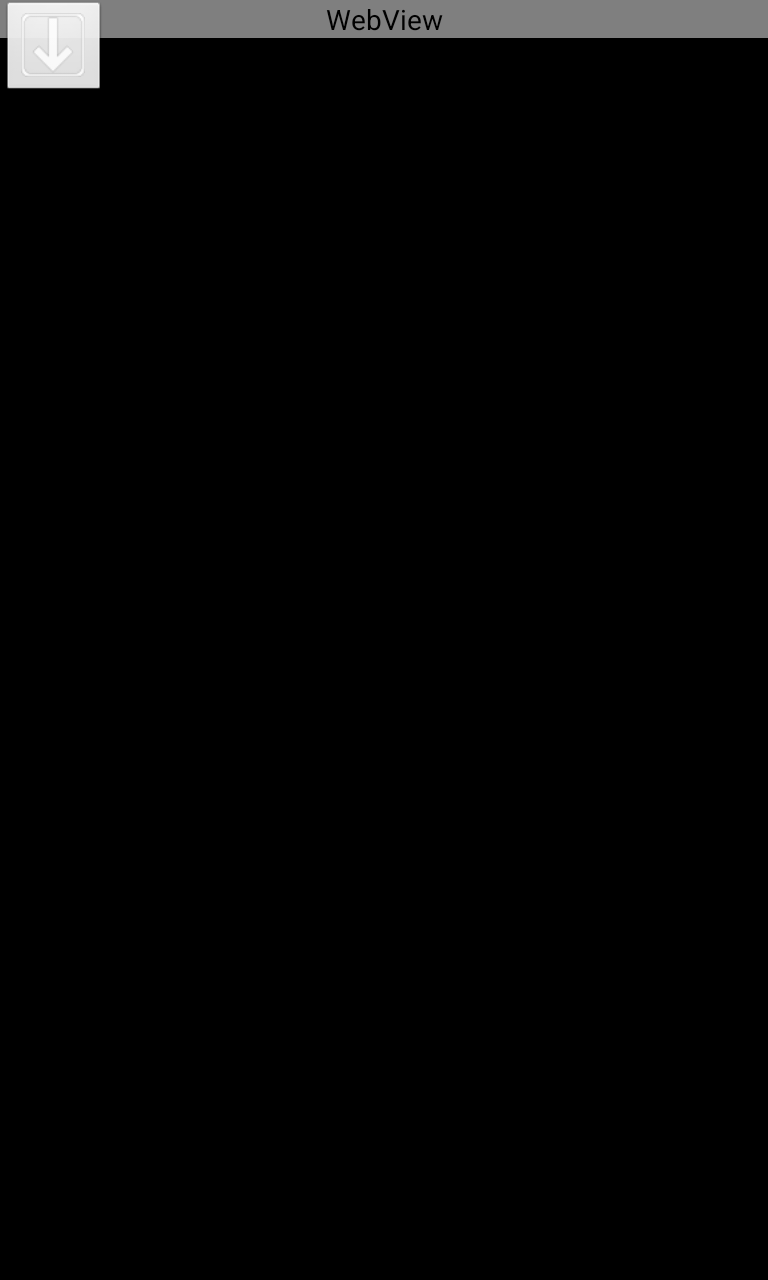
Repository: sstopkin/my-car-pc
Layout: RobotRules/res/layout/viewlay.xml
These files come from the project's save history. The layout is drawn as it stood at one moment and after the next save; the edit follows.
Pictures or frames that could not be fetched are drawn as grey boxes. It is drawn on a 768 x 1280 px phone screen (xhdpi) without system bars, with theme android:Theme.NoTitleBar.Fullscreen; the app's code is not run.

Above is the layout before, as saved 2012-02-18 10:58:30.

After the next save:
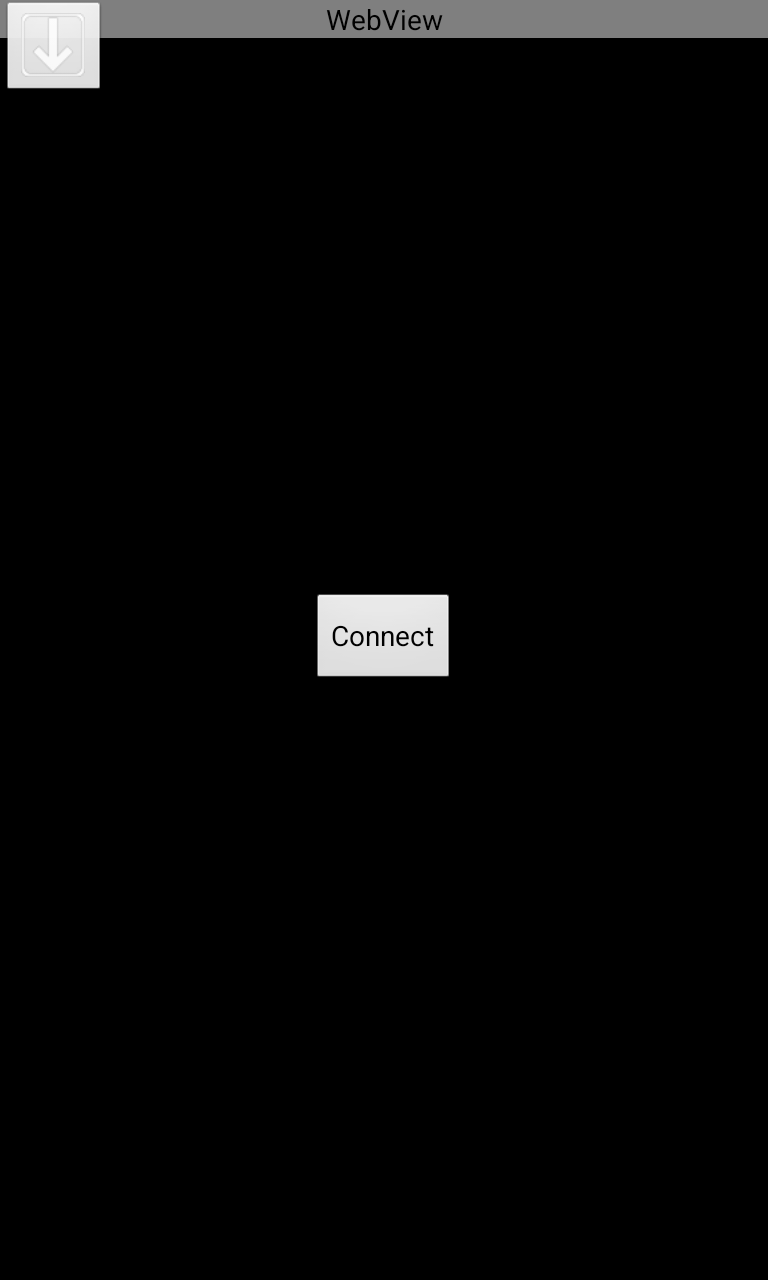
Saved 35 s later.
--- a/RobotRules/res/layout/viewlay.xml
+++ b/RobotRules/res/layout/viewlay.xml
@@ -21,6 +21,12 @@
                 android:layout_width="wrap_content"
                 android:layout_height="wrap_content"
                 android:src="@drawable/robotrulesdown48" />
+                <Button
+        android:id="@+id/button1"
+        android:layout_width="wrap_content"
+        android:layout_height="wrap_content"
+        android:layout_gravity="center"
+        android:text="Connect" />
         </FrameLayout>
     </RelativeLayout>
 
